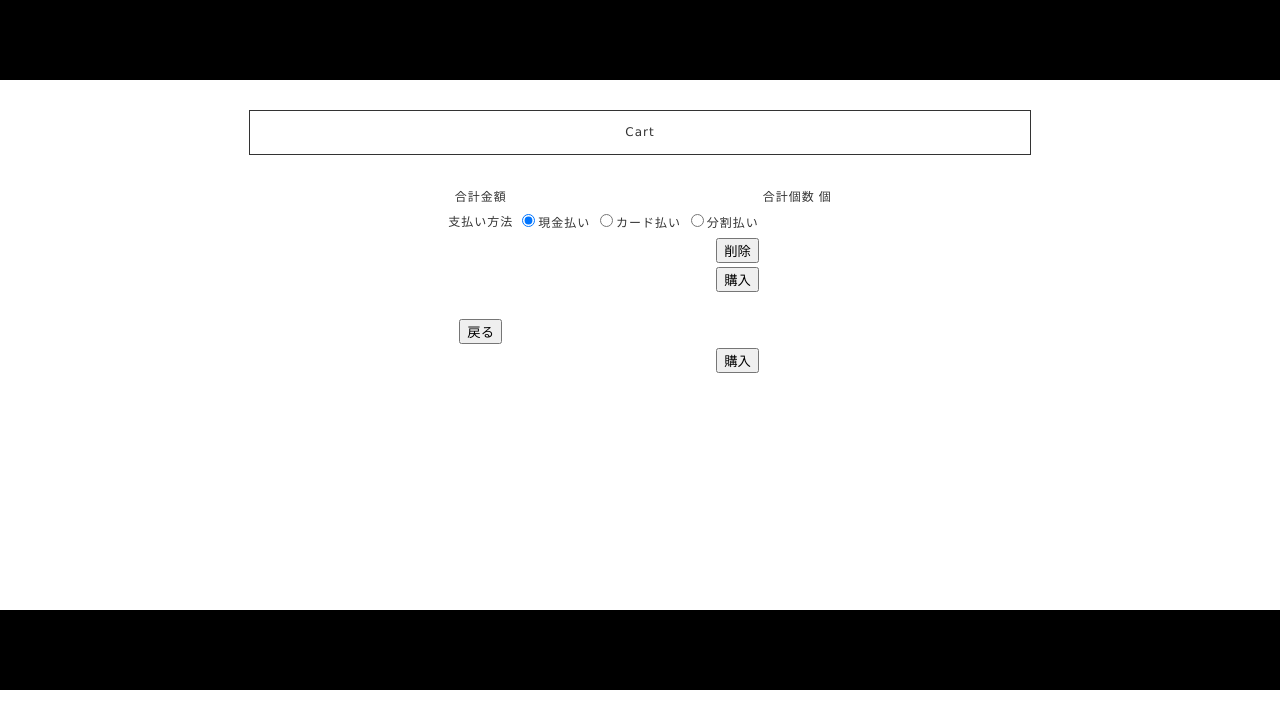
Repository: kazuki7291/backup
Page: http://localhost/template/cart.jsp
The author's editor kept a copy of each file at every save. The page is drawn from the files as they stood at one save, then again after the next save.
The browser window is 1280 px wide. The pictures show the whole page.
Some web libraries are served in a nearby version. The page is served by Tomcat 9.

Above is the page before, as saved 2018-01-10 12:11:57.

After the next save:
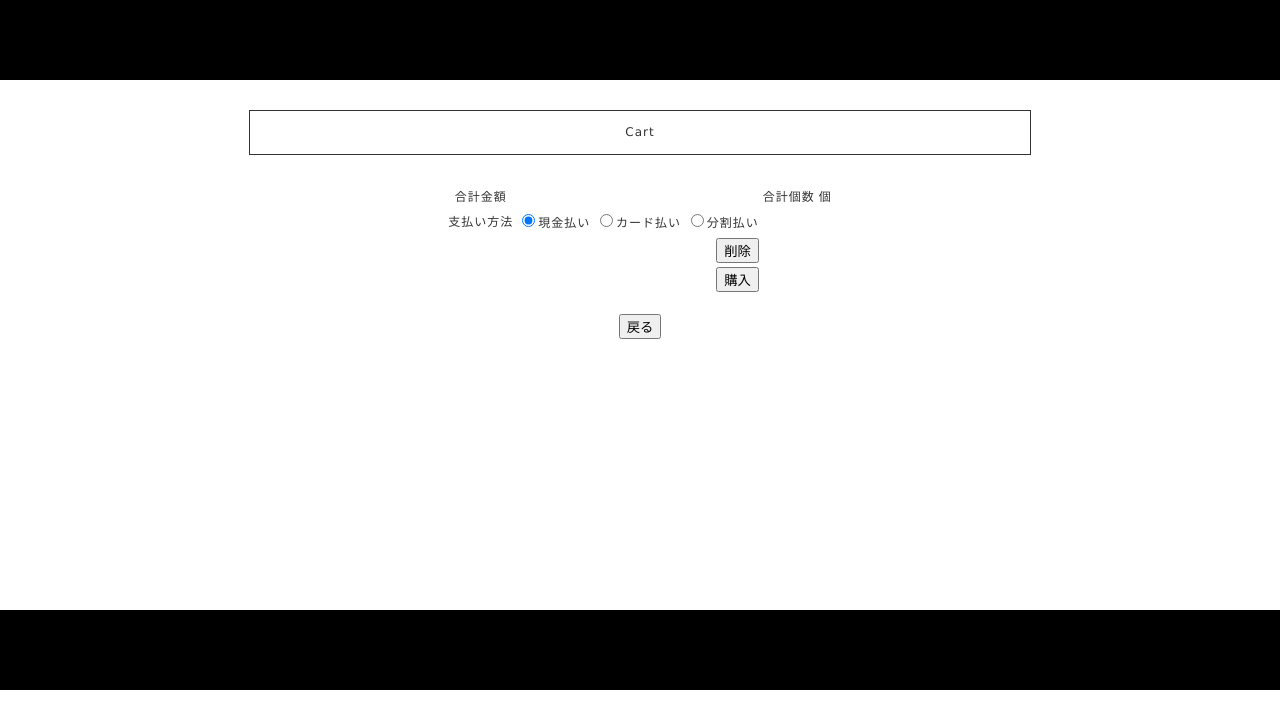
Saved 25 s later.
--- a/template/WebContent/cart.jsp
+++ b/template/WebContent/cart.jsp
@@ -80,8 +80,9 @@
 		<s:if test="session.total_count == 0">
 			<td>商品情報がありません。</td>
 		</s:if>
-		<s:form>
+
 		<s:else>
+			<s:form>
 			<s:iterator value = "session.buyitemCartList">
 				<tr>
 					<td>
@@ -117,6 +118,7 @@
 						<s:submit value="購入"  action="GobuyItemConfirmAction"/>
 					</td>
 				</tr>
+							</s:form>
 		</s:else>
 				<tr>
 					<td>
@@ -125,9 +127,9 @@
 				</tr>
 				<tr>
 					<td><input type="button" value="戻る" onclick="submitAction('HomeAction')" /></td>
-					 <td><s:submit value="購入"  action="GobuyItemConfirmAction"/><!--<input type="button" value="購入" onclick="submitAction('GobuyItemConfirmAction')" /> --></td>
+					 <td><!--<input type="button" value="購入" onclick="submitAction('GobuyItemConfirmAction')" /> --></td>
 				</tr>
-			</s:form>
+
 		</div>
 	</div>
 	<div id="footer">
